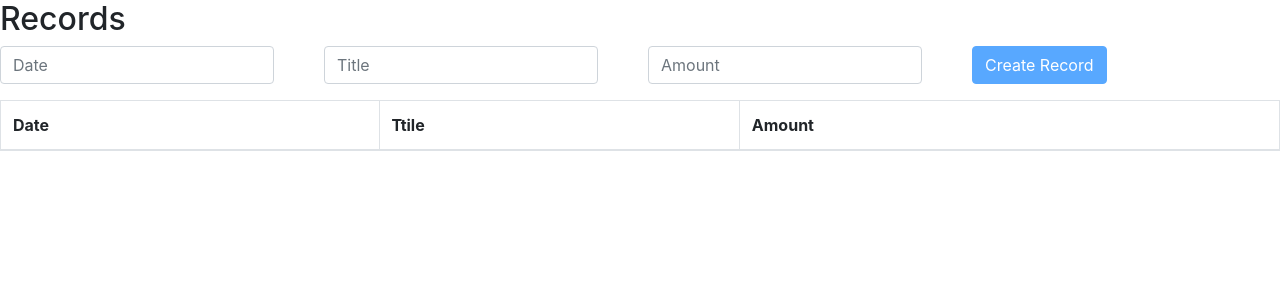
Repository: wjszydygns/accouts
Page: /
These files come from the project's save history. The page is drawn as it stood at one moment and after the next save; the edit follows.
The browser window is 1280 px wide. The pictures show the whole page.
The page's requests for data from a server got no answer. The project was rebuilt for these pictures with package versions that can differ from the ones it lists, and the page was loaded fresh each time. No one was signed in, and anything a server would have sent is missing. Also part of the build but not shown: src/components/record.jsx.

Above is the page before, as saved 2018-11-30 17:09:50.

After the next save:
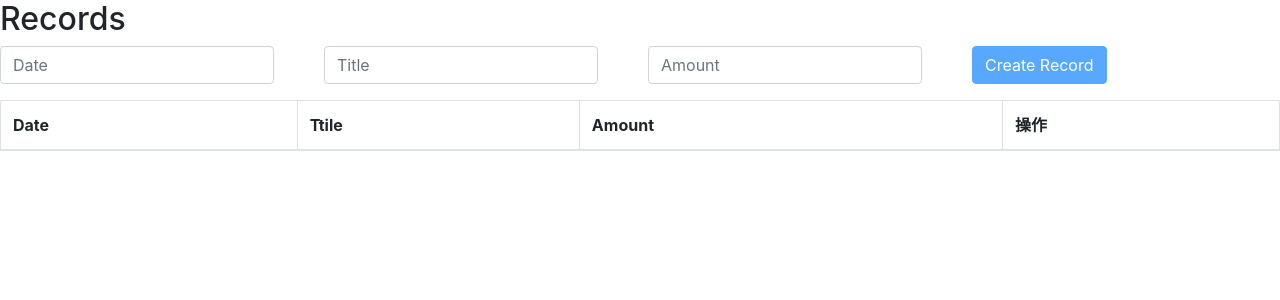
Saved 3 min 39 s later.
--- a/src/components/records.jsx
+++ b/src/components/records.jsx
@@ -93,6 +93,7 @@ class RecordList extends Component {
                   <th>Date</th>
                   <th>Ttile</th>
                   <th>Amount</th>
+                  <th>操作</th>
                 </tr>
               </thead>
               <tbody>
